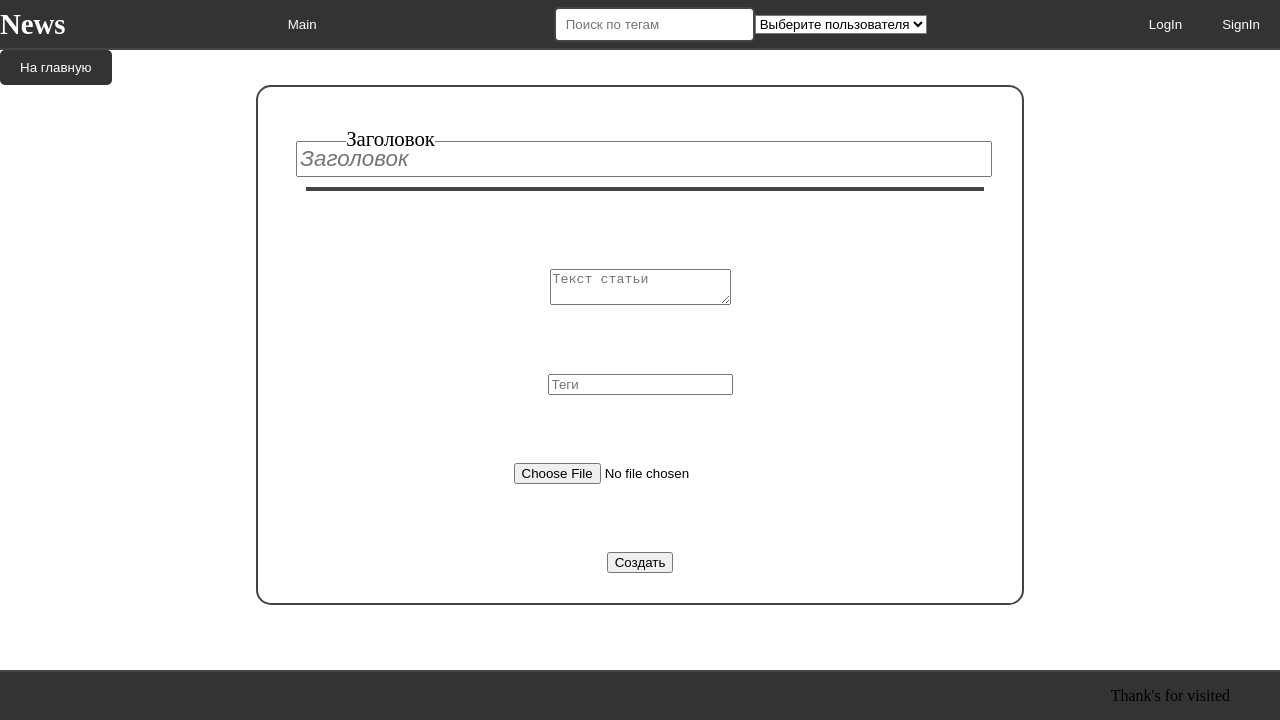
Repository: Igor-Blazhko/news_frontend
Page: /CreatePost
An editor plug-in stored every save of this project. The page is shown before and after the next save, followed by the edit.
The browser window is 1280 px wide. The pictures show the whole page.
The project was rebuilt for these pictures with package versions that can differ from the ones it lists, and the page was loaded fresh each time. Also part of the build but not shown: vite.config.ts, src/components/allPost/onePost/onePost.module.css, src/components/allPost/onePost/onePost.tsx, src/components/allPost/allPost.tsx, src/components/auth/logIn/login.module.css, src/components/auth/logIn/login.tsx, src/components/auth/register/register.tsx, src/components/pageOnePost/comments/comment.tsx and 2 more.

Above is the page before, as saved 2024-07-15 16:20:16.

### src/App.tsx
import Header from './components/header/header'
import AllPost from './components/allPost/allPost'
import Footer from './components/footer/footer'
import LogIn from './components/auth/logIn/login'
import { Page } from './types'
import SignIn from './components/auth/register/register'
import { BrowserRouter, Route, Routes } from 'react-router-dom'
import OnePost from './components/pageOnePost/OnePost'
import { Provider } from 'react-redux'
import { store } from './store'
import { QueryClient, QueryClientProvider } from '@tanstack/react-query'
import CreatePost  from './components/createPost/createPost'



const queryClient = new QueryClient();

function App() {

  return (
    <Provider store={store}>
      <QueryClientProvider client={queryClient}>
        <BrowserRouter>
        <Header></Header>
          <Routes>
            <Route path="*" element ={ <AllPost/> }/>
            <Route path={Page.LogIn} element ={ <LogIn/> }/>
            <Route path={Page.SignIn} element ={ <SignIn/> }/>
            <Route path={Page.CreatePost} element ={ <CreatePost/> }/>
            <Route path={Page.OnePost+'/:id'} element ={ <OnePost/> }/>
          </Routes>
        <Footer></Footer>
        </BrowserRouter>
      </QueryClientProvider>
    </Provider>
  )
}

export default App

### src/index.css
body{
  margin: 0;
  padding: 0;
  width: 100vw;
  min-height: 100vh;
  overflow-x: hidden;
}

main{
  min-height: calc(100vh - 100px);
}

### src/components/header/header.tsx

import { Link } from 'react-router-dom';
import Button from '../simplyComponents/button/button';
import styles from './header.module.css'
import ButtonAuth  from './buttonAuth/buttonAuth';
import Filter from './filter/filter';


export default function Header() {
        return (
        <header className={styles.header}>
            <div className={styles.logo}>
                News
            </div>
            <nav>
                <Link to="">
                    <Button>Main</Button>
                </Link>
            </nav>
            <Filter/>
            <ButtonAuth/>
        </header>
    )
}

### src/components/footer/footer.tsx
import { Link } from 'react-router-dom'
import styles from './footer.module.css'
import { Page } from '../../types'
import Button from '../simplyComponents/button/button'
import { useSelector } from 'react-redux'
import { States } from '../../store'

export default function Footer(){
    const JWT = useSelector( (state:States) => state.JWT)
    return(
        <footer className={styles.footer}>
            {
            JWT &&
            <Link to={'/'+Page.CreatePost}>
                <Button>Создать пост</Button>
            </Link>
            }

            <div className={styles.text}>Thank's for visited</div>
        </footer>
    )
}

### src/types.ts
export const enum Page {
    LogIn = 'LogIn',
    SignIn = 'SignIn',
    AllPost = 'AllPost',
    OnePost = 'OnePost',
    CreatePost = 'CreatePost',
}

export class ObjectToken {
    private readonly access_token:string;
    constructor(access_token:string){
        this.access_token = access_token;
    }
}

export class HTTPExeption{
    private readonly response:string;
    private readonly status:number;
    private readonly message:string;
    private readonly name:string;
    constructor(response:string, status:number, message:string, name:string){
        this.response = response;
        this.status = status;
        this.message = message;
        this.name = name;
    }
}

### src/store.ts
import { createStore } from '@reduxjs/toolkit'
import cooks from './basefunction';

export interface States{
  tagfilter: string[],
  userfilter: number,
  JWT:string|undefined,
  location: string,
}

const defaultState:States = {
  tagfilter: [],
  userfilter: 0,
  JWT: cooks.getJWT(),
  location: '*',
}

type Action = {
  type:string,
  buffer?:string,
  userId?:number,
  JWT?:string,
}
const reducer = (state = defaultState, action:Action) => {
  switch (action.type){
    case 'Filter':
      if (( 'buffer' in action) && (action.buffer !== undefined)) {
        const arr = action.buffer.split(' ');
        state = {...state,
          tagfilter: arr,
        }
      }
      return state;
    case 'setUserFilter':
      if (( 'userId' in action) && (action.userId !== undefined)) {
        state = {...state,
          userfilter: action.userId,
        }
      }
      return state
    case 'SetJWT':
      if ( ('JWT' in action) && (action.JWT !== undefined) ){
        state = {...state,
          JWT: action.JWT,
        }
        cooks.LogIn(action.JWT)
      // document.cookie = `JWT_token=${action.JWT}`
      }
      return state;
    case 'DelJwt':
      state = {
        ...state,
        JWT:'',
      }
      cooks.LogOut()
      return state;
    case 'setLocation':
      state = {
        ...state,
        location: location.pathname,
      }
      return state;
    case 'dropLocation':
      state = {
        ...state,
        location: '*',
      }
      return state;
    default:
      return state;
  }
}

export const store = createStore(reducer)

### src/components/createPost/createPost.tsx
import { Link } from "react-router-dom";
import { Page } from "../../types";
import Button from "../simplyComponents/button/button";
import SERVER from "../../dataServer";
import styles from "./createPost.module.css"

export default function CreatePost(){

    return (
        <main>
            <Link to={'/'}>
                <Button>На главную</Button>
            </Link>
            <div>
                <form action={SERVER.POST.News.create} method="post" className={styles.form}>
                    <div className={styles.article}>
                        <label htmlFor="article" className={styles.article} >Заголовок</label>
                        <input type="text" name="article" maxLength={254} placeholder="Заголовок" className={styles.article}/>
                    </div>
                    <textarea name="text" placeholder="Текст статьи" className={styles.text}/>
                    <input type="text" name="Tags" placeholder="Теги"  className={styles.tags}/>
                    <input type="file" />
                    <button type="submit" className={styles.btn}>Создать</button>
                </form>
            </div>
        </main>

    )
}

### src/components/simplyComponents/button/button.tsx
import { MouseEventHandler, ReactNode } from 'react'
import styles from './button.module.css'
type Button = {
    text?:string,
    children?:ReactNode
    onClick?:MouseEventHandler<HTMLButtonElement>
}

export default function Button(props:Button){

    return(
        <button className={styles.button} onClick={props.onClick}>{props.children}</button>
    )
}

### src/components/header/header.module.css
header {
    background-color: #333;
    display: flex;
    justify-content: space-between;
    align-items: center;
    border-bottom: 2px solid #444;
    box-sizing: border-box;
    min-height: 50px;
}

.logo {
    font-size: 1.8em;
    font-weight: bold;
    color: #fff;
}



  .filter {
    display: flex;
    align-items: center;
  }

  .filter input,
  .filterselect {
    padding: 8px 10px;
    margin-left: 15px;
    border: 2px solid #444;
    border-radius: 5px;
    transition: border-color 0.3s ease;
  }

  .filter input:focus,
  .filter select:focus {
    border-color: #888;
  }

  .filter select {
    background-color: #fff;
}

### src/components/header/buttonAuth/buttonAuth.tsx
import { useDispatch, useSelector } from "react-redux"
import { States } from "../../../store"
import cooks from "../../../basefunction";
import Button from "../../simplyComponents/button/button";
import { Link } from "react-router-dom";
import { Page } from "../../../types";

export default function ButtonAuth(){

    const JWT = useSelector( (state:States) => state.JWT);
    const dispatch = useDispatch();

    function LogOut(){
        dispatch({
            type: 'DelJwt',
        })
    }

    return (
        <>
            {
                JWT?
                <div className="auth">
                    <Button onClick={LogOut}>LogOut</Button>
                </div>
                :
                <div className="auth">
                    <Link to={Page.LogIn}>
                        <Button>LogIn</Button>
                    </Link>
                    <Link to={Page.SignIn}>
                        <Button>SignIn</Button>
                    </Link>
                </div>
                }
        </>
    )
}

### src/components/header/filter/filter.tsx

import { useEffect, useState } from 'react'
import { User } from '../../pageOnePost/types/types'
import styles from '../header.module.css'
import { useDispatch } from 'react-redux'

export default function Filter(){
    const [users, setUsers] = useState([ {
        id: 1,
        name: 'igor',
        sername: 'Blazhko',
        login: 'user1',
    }])
    const [change, setChange] = useState(false)
    const dispatch = useDispatch()

    useEffect(() => {
        const users = [
            {
                id: 1,
                name: 'igor',
                sername: 'Blazhko',
                login: 'user1',
            },
            {
                id: 2,
                name: 'igor',
                sername: 'Tokin',
                login: 'user2',
            },
            {
                id: 3,
                name: 'igor',
                sername: 'Lankin',
                login: 'user3',
            },
        ];
        setUsers(users);
        // setLog(JWT)
    },[])

    function changeFilter(event:React.ChangeEvent<HTMLInputElement>){
        dispatch({
            type:'Filter',
            buffer: event.target.value,
        })
    }

    function changeUser(event) {
        dispatch({
            type:'setUserFilter',
            userId: +event.target.value,
        })
        if ( +event.target.value ) setChange(true)
        else setChange(false)
    }

    return (
            <div className={styles.filter}>
                <input type="text" placeholder="Поиск по тегам" onChange={changeFilter}/>
                <select onChange={changeUser} defaultValue="option0">
                    <option value="0">
                        { change? 'Cбросить фильтрацию': 'Выберите пользователя'}
                    </option>
                    {
                        users.map((user:User)=> <option key = {user.id} value={user.id}>{user.name} {user.sername}</option>)
                    }
                </select>
            </div>
    )
}

### src/components/allPost/allPost.module.css

main {
    display: flex;
    flex-direction: column;
    row-gap: 25px;
  }

### src/dataServer.ts


const SERVER = {
    base: 'http://192.168.3.37:5000/',
    POST: {
        register: 'http://127.0.0.1:5000/auth/registration',
        login: 'http://127.0.0.1:5000/auth/login',
        comments: {
            createCom: 'http://127.0.0.1:5000/comments',
        },
        News: {
            create: 'http://127.0.0.1:5000/news',
        }
    },
    GET: {
        allNews: 'http://127.0.0.1:5000/news',
        oneNews: 'http://127.0.0.1:5000/news?id=',
        getAllCommentByPostId: 'http://127.0.0.1:5000/comments?id=',
    }
}
export default SERVER;

### src/components/footer/footer.module.css
footer {
    width: 100vw;
    background-color: #333;
    min-height: 50px;
    border-top: 2px solid #444;
    display: flex;
    justify-content: flex-end;
    align-items: center;
    box-sizing: border-box;
}

.text{
    margin-right: 50px;
}

### src/components/pageOnePost/OnePost.module.css
main{
  display: block;
}
.post_content_full {
    display: flex;
    flex-direction: column;
    align-items: center;
    text-align: center;
    animation: slideIn 0.5s ease-in-out;
  }

  .post_image {
    width: 150px;
    height: 150px;
    margin-bottom: 20px;
  }

  .post_title_full {
    font-size: 2em;
    margin-bottom: 20px;
  }

  .post_text_full {
    font-size: 1.2em;
    margin-bottom: 40px;
  }

  .comments {
    background-color: #fff;
    padding: 20px;
    border: 1px solid #ccc;
    border-radius: 10px;
    margin-top: 20px;
  }



  .comments h3 {
    font-size: 1.5em;
    margin-bottom: 10px;
  }

  .comment {
    margin-bottom: 10px;
    padding: 10px;
    border: 1px solid #ccc;
    border-radius: 5px;
    background-color: #fafafa;
  }

  .comment p {
    font-size: 1.2em;
  }

  .comment_form {
    margin-top: 20px;
  }

  .comment_form textarea {
    width: 100%;
    padding: 10px;
    margin-bottom: 10px;
    border: 1px solid #ccc;
    border-radius: 5px;
    resize: vertical;
    transition: border-color 0.3s ease;
  }

  .comment_form textarea:focus {
    border-color: #888;
  }

  .comment_form button {
    padding: 10px;
    border: none;
    border-radius: 5px;
    background-color: #333;
    color: #fff;
    cursor: pointer;
    transition: background-color 0.3s ease, transform 0.3s ease;
  }

  .comment_form button:hover {
    background-color: #444;
    transform: translateY(-3px);
  }

### src/basefunction.ts
import { useDispatch } from "react-redux";

class Cookie {
    getCookie(name:string) {
        let matches = document.cookie.match(new RegExp(
          "(?:^|; )" + name.replace(/([\.$?*|{}\(\)\[\]\\\/\+^])/g, '\\$1') + "=([^;]*)"
        ));
        return matches ? decodeURIComponent(matches[1]) : undefined;
    }

    setCookie(name:string, value:string, options = {}) {

        options = {
          path: '/',
          // при необходимости добавьте другие значения по умолчанию
          ...options
        };

        if (options.expires instanceof Date) {
          options.expires = options.expires.toUTCString();
        }

        let updatedCookie = encodeURIComponent(name) + "=" + encodeURIComponent(value);

        for (let optionKey in options) {
          updatedCookie += "; " + optionKey;
          let optionValue = options[optionKey];
          if (optionValue !== true) {
            updatedCookie += "=" + optionValue;
          }
        }

        document.cookie = updatedCookie;
    }

    deleteCookie(name:string) {
        this.setCookie(name, "", {
          'max-age': -1
        })
    }

    getJWT(){
        return this.getCookie('JWT_token')
    }

    LogIn(token:string){
        this.setCookie('JWT_token', token, {
            'max-age': 3600
          } )
    }

    LogOut(){
        this.setCookie('JWT_token', '', {
            'max-age': 3600
          } )
    }
}
const cooks = new Cookie()
export default cooks

### src/components/createPost/createPost.module.css
.form {
    border: 2px solid #444;
    border-radius: 15px;
    width: 60%;
    height: calc(100vh - 200px);
    margin: 0 auto;
    display: flex;
    flex-direction: column;
    justify-content: space-between;
    align-items: center;
    padding: 30px 0 ;
    box-sizing: border-box;
}

div.article{
    width: 90%;
}

label{
    position: relative;
    top: 10px;
    left: 50px;
    z-index: 2;
    background-color: white;
    font-size: 1.3em;
    transition: all 0.3s ease-in-out;
}
div:has(input:focus) label{
    transition: all 0.2s  ease-in;
    top: 0;
}

input.article{
    width: 100%;
    height: 30px;
    font-size: 1.4em;
    font-style: italic;
    display: block;
}

div.article::after{
    display: block;
    width: 98%;
    background-color: #444;
    border: 2px solid #444;
    content: "";
    margin: 10px;
}

### src/components/simplyComponents/button/button.module.css
.button {
    padding: 10px 20px;
    background-color: #333;
    color: #fff;
    border: none;
    border-radius: 5px;
    cursor: pointer;
    transition: background-color 0.3s ease, transform 0.3s ease;
    text-decoration: none;
}

.button:hover {
    background-color: #444;
    transform: translateY(-3px);
}

Loaded but not shown: index.html (common file); src/main.tsx (common file)

After the next save:
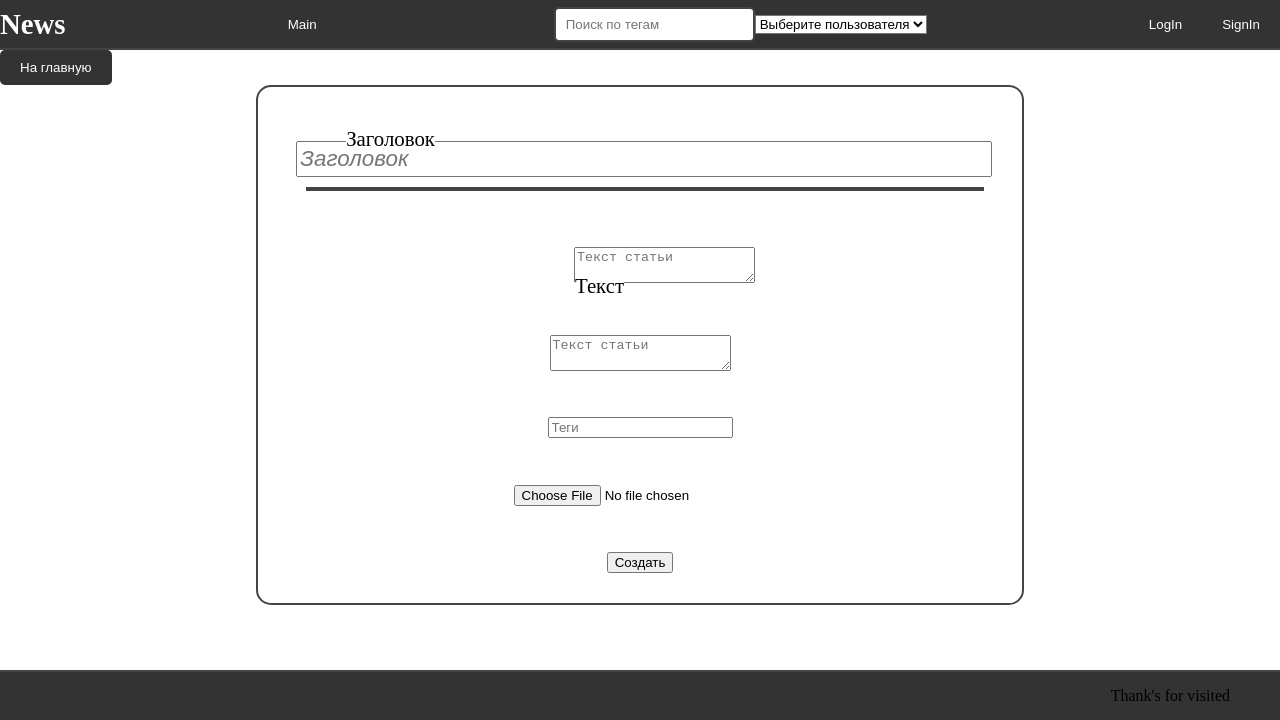
Saved 46 s later.
--- a/src/components/createPost/createPost.tsx
+++ b/src/components/createPost/createPost.tsx
@@ -17,6 +17,10 @@ export default function CreatePost(){
                         <label htmlFor="article" className={styles.article} >Заголовок</label>
                         <input type="text" name="article" maxLength={254} placeholder="Заголовок" className={styles.article}/>
                     </div>
+                    <div className={styles.text}>
+                        <label htmlFor="article" className={styles.text} >Текст</label>
+                        <textarea name="text" placeholder="Текст статьи" className={styles.text}/>
+                    </div>
                     <textarea name="text" placeholder="Текст статьи" className={styles.text}/>
                     <input type="text" name="Tags" placeholder="Теги"  className={styles.tags}/>
                     <input type="file" />
